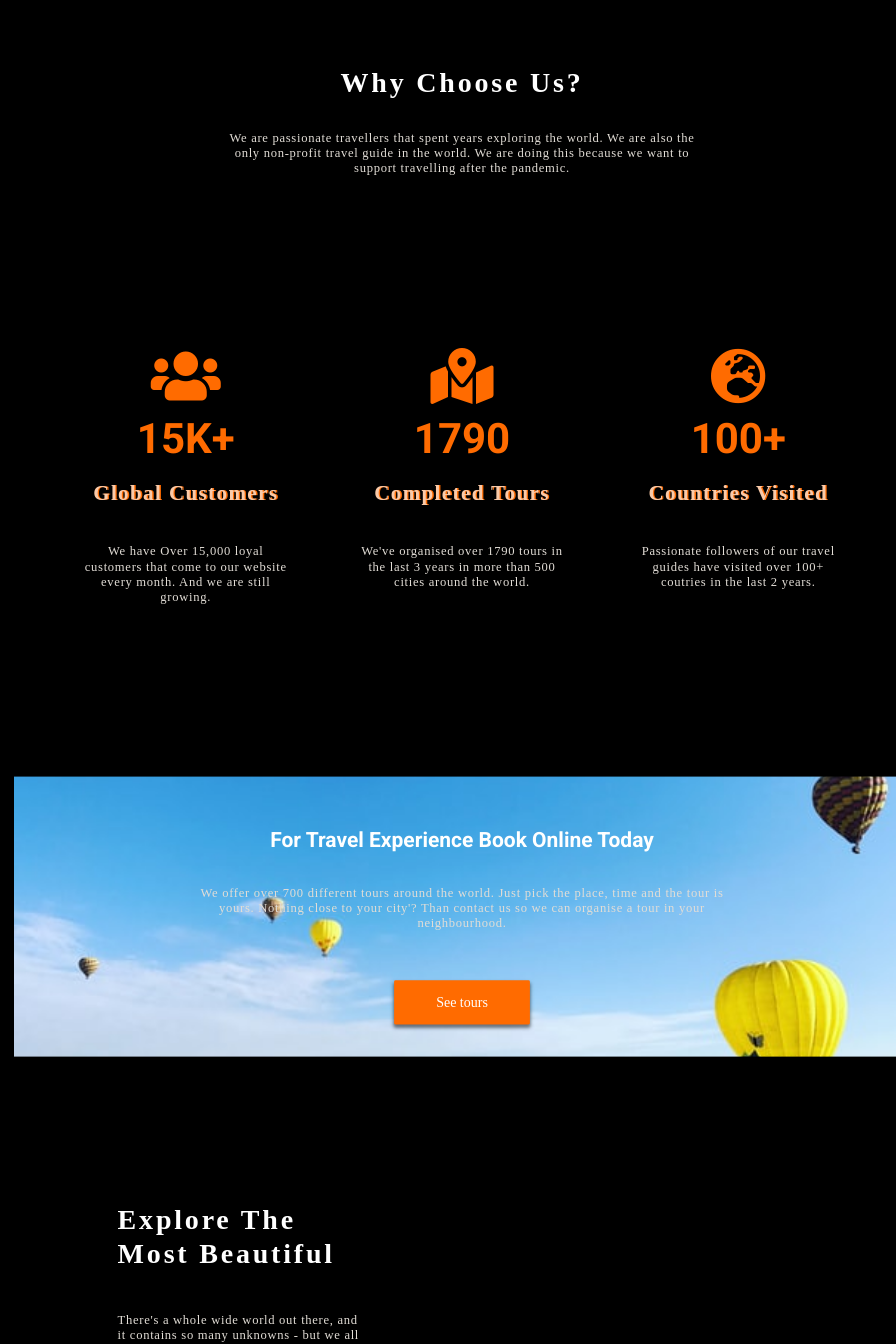
Repository: Hunga9k50doker/wildver-travel
Page: src/index.html
The author's editor kept a copy of each file at every save. The page is drawn from the files as they stood at one save, then again after a run of saves.
The browser window is 1280 px wide. The pictures show the part of the page from y = 4538 to 6458 px (the page is 6458 px tall), at 70% of full size.
An inner scrolling area shows only its first screen. Some web fonts or font styles are not loaded; a fallback is used. The style sheet was rebuilt from its Sass, Less or Tailwind sources for each picture, by a compiler version that may differ from the author's.

Above is the page before, as saved 2021-08-28 20:34:44.

### src/index.html
<!DOCTYPE html>
<html lang="en">
<head>
    <meta charset="UTF-8">
    <meta http-equiv="X-UA-Compatible" content="IE=edge">
    <meta name="viewport" content="width=device-width, initial-scale=1.0">
    <link href="https://fonts.googleapis.com/css2?family=Hina+Mincho&family=Roboto:wght@400;700&display=swap" rel="stylesheet">
    <link rel="stylesheet" href="public/css/normalize.min.css">
    <link rel="stylesheet" href="public/css/grid.css">
    <link rel="stylesheet" href="public/css/base.css">
    <link rel="stylesheet" href="public/css/header.css">
    <link rel="stylesheet" href="public/css/container.css">
    <link rel="stylesheet" href="public/vendor/fontawesome-free-5.15.3-web/css/all.min.css">
    <title>Document</title>
</head>
<body>
    <div class="app">
        <section class="header">
            <section class="header_nav">
                <h1 class="header_nav-home">WildVers</h1>
                <div class="header_nav-body">
                    <a href="/" class="header_nav-body-item">Equipment</a>
                    <a href="/" class="header_nav-body-item">About us</a>
                    <a href="/" class="header_nav-body-item">Blog</a>
                    <button class="header_nav-body-res">Sign Up</button>
                </div>
            </section>
            <section class="header_contain">
                <div class="header_contain-follow">
                    <p>Follow us</p>
                   <a href="/">
                       <i class="fab fa-instagram"></i>
                   </a>
                   <a href="/">
                       <i class="fab fa-twitter-square"></i>
                   </a>
                </div>
                <div class="header_contain-content">
                    <h3 class="header_contain-content-title">A travel guide</h3>
                    <h2>Prepare For The</h2>
                    <h2> Adventure!</h2>
                    <button class="btn">Let's Go</button>
                </div>
            </section>
        </section>
        <section class="container">
            <section class="grid wide">
                <ul class="container_list">

                    <li class="container_list-item">
                        <section class="row ">
                            <section  class="col l-7">
                                <div class="container_list-item-number">01</div>
                                <div class="container_list-item-content">
                                        <h3>Get started</h3>
                                        <h4 class="container_list-item-content-title" >What type of traveller are you?</h4>
                                        <p>Determining what type of traveller you are can be an important tool
                                            when planning future vacations. This guide will help you plan
                                            vacations according to different ratings set by various websites. What
                                            type of traveller are you - novice, moderate, advanced moderate,
                                            expert, or expert backpacker?
                                        </p>
                                        <a href="/">
                                            Read more
                                            <i class="fas fa-long-arrow-alt-right"></i>
                                        </a>
                                </div>
                            </section>
                            <section class="col l-5">
                                <div class="container_list-item-img">
                                    <picture >
                                        <source srcset="public/img/m3.jpg"
                                                media="(min-width: 800px)">
                                        <img src="public/img/m1.jpg" alt="" />
                                    </picture>
                                </div>
                            </section>
                        </section>
                    </li>

                    <li class="container_list-item">
                        <section class="row ">
                            <section class="col l-5">
                                <div class="container_list-item-img">
                                    <picture >
                                        <source srcset="public/img/m4.jpg"
                                                media="(min-width: 800px)">
                                        <img src="public/img/m1.jpg" alt="" />
                                    </picture>
                                </div>
                            </section>
                            <section  class="col l-7">
                                <div class="container_list-item-number">02</div>
                                <div class="container_list-item-content">
                                        <h3>WHERE YOU GO IS THE KEY</h3>
                                        <h4 class="container_list-item-content-title">Picking the right Destination!</h4>
                                        <p>You've made the decision you want to travel more this year. You've
                                            realised experiences are more important than possessions and you've
                                            put together a plan to start saving for your next big trip.
                                            But how are you going to decide where to actually go? Whichever
                                            situation you're in, we have a tips to help you choose your travel
                                            destinations.
                                        </p>
                                        <a href="/">
                                            Read more
                                            <i class="fas fa-long-arrow-alt-right"></i>
                                        </a>
                                </div>
                            </section>
                        </section>
                    </li>

                    <li class="container_list-item">
                        <section class="row ">
                            <section  class="col l-7">
                                <div class="container_list-item-number">03</div>
                                <div class="container_list-item-content">
                                        <h3>KNOW THE COUNTRY</h3>
                                        <h4 class="container_list-item-content-title">Understand the Locals and their Traditions</h4>
                                        <p>Before you head out, do your research on the different customs (the
                                            do's and don'ts) of the country you're traveling to. For instance, what
                                            percentage do they typically tip? Are there different laws? Are there
                                            common tourist scanms? Will there be any cultural events while you're
                                            there? There are a lot of things you might not even think of, but it's
                                            simple enough to research "do's and don'ts" infographics on different
                                            countries for that information.
                                        </p>
                                        <a href="/">
                                            Read more
                                            <i class="fas fa-long-arrow-alt-right"></i>
                                        </a>
                                </div>
                            </section>
                            <section class="col l-5">
                                <div class="container_list-item-img">
                                    <picture >
                                        <source srcset="public/img/m5.jpg"
                                                media="(min-width: 800px)">
                                        <img src="public/img/m1.jpg" alt="" />
                                    </picture>
                                </div>
                            </section>
                        </section>
                    </li>

                    <li class="container_list-item">
                        <section class="row ">
                            <section  class="col l-6">
                                    <div class="container_list-item-content">
                                        <h4 class="container_list-item-content-title">Let's Explore The World</h4>
                                        <button class="btn btn-primary">Explore</button>
                                    </div>
                                </section>
                                <section class="col l-6">
                                        <p class="container_list-item-text">There's a whole wide world out there, and it contains so many
                                            unknowns - but we all only get one life. At WildVers, we believe that we
                                            should travel the world while we have the chance.
                                            If you're just starting to think about why you should travel, or you're
                                            looking for travel inspiration, then we're here to help. Here are some of
                                            the best countries you should definitely visit.
                                        </p>
                                </section>
                        </section>
                    </li>

                    <li class="container_list-item">
                        <section class="row ">
                                <section class="container_list-item-img container_list-item-img-slider">

                                       <picture class="container_list-item-img-slider-single">
                                           <source srcset="public/img/canada.jpg"
                                           media="(min-width: 800px)">
                                           <img src="public/img/m1.jpg" alt="" />
                                        </picture>

                                       <picture class="container_list-item-img-slider-single">
                                           <source srcset="public/img/china.jpg"
                                           media="(min-width: 800px)">
                                           <img src="public/img/m1.jpg" alt="" />
                                        </picture>

                                       <picture class="container_list-item-img-slider-single active">
                                           <source srcset="public/img/greece.jpg"
                                           media="(min-width: 800px)">
                                           <img src="public/img/m1.jpg" alt="" />
                                        </picture>

                                       <picture class="container_list-item-img-slider-single">
                                           <source srcset="public/img/italy.jpg"
                                           media="(min-width: 800px)">
                                           <img src="public/img/m1.jpg" alt="" />
                                        </picture>

                                       <picture class="container_list-item-img-slider-single">
                                           <source srcset="public/img/hanquoc.jpg"
                                           media="(min-width: 800px)">
                                           <img src="public/img/m1.jpg" alt="" />
                                        </picture>

                                        <picture class="container_list-item-img-slider-single">
                                            <source srcset="public/img/norway.jpg"
                                            media="(min-width: 800px)">
                                            <img src="public/img/m1.jpg" alt="" />
                                         </picture>

                                        <picture class="container_list-item-img-slider-single">
                                            <source srcset="public/img/soufthafica.jpg"
                                            media="(min-width: 800px)">
                                            <img src="public/img/m1.jpg" alt="" />
                                         </picture>

                                        <picture class="container_list-item-img-slider-single">
                                            <source srcset="public/img/thailand.jpg"
                                            media="(min-width: 800px)">
                                            <img src="public/img/m1.jpg" alt="" />
                                         </picture>

                            </section>
                        </section>
                    </li>

                    <li class="container_list-item">
                        <section class="row">
                            <section class="col l-12">
                                <div class="container_list-item-content container_list-item-content-reason">
                                    <h4 style="margin:0;max-width: 100%;" class="container_list-item-content-title">
                                        Why Choose Us?
                                    </h4>
                                    <p>
                                        We are passionate travellers that spent years exploring the world. We are also the only
                                        non-profit travel guide in the world. We are doing this because we want to support travelling
                                        after the pandemic.
                                    </p>
                                </div>
                            </section>

                        </section>
                    </li>

                    <li class="container_list-item">
                        <div class="row">
                          <div class="col l-4">
                              <div class="container_list-item-achievements">
                                  <i class="fas fa-users"></i>
                                  <h3>15K+</h3>
                                  <h4>Global Customers</h4>
                                  <p>We have Over 15,000 loyal customers
                                        that come to our website every month.
                                        And we are still growing.
                                  </p>
                              </div>
                          </div>
                          <div class="col l-4">
                            <div class="container_list-item-achievements">
                                <i class="fas fa-map-marked-alt"></i>
                                <h3>1790</h3>
                                <h4>Completed Tours</h4>
                                <p>We've organised over 1790 tours in the
                                    last 3 years in more than 500 cities
                                    around the world.
                                </p>
                            </div>
                        </div>
                        <div class="col l-4">
                            <div class="container_list-item-achievements">
                                <i class="fas fa-globe-europe"></i>
                                <h3>100+</h3>
                                <h4>Countries Visited</h4>
                                <p>Passionate followers of our travel guides
                                    have visited over 100+ coutries in the
                                    last 2 years.
                                </p>
                            </div>
                        </div>

                        </div>
                    </li>
                    <li class="container_list-item">
                        <div class="row">
                            <div class="col l-12 m-12 c-12">
                                <div class="container_list-item-visit-tours">
                                    <h3>For Travel Experience Book Online Today
                                    </h3>
                                    <p>We offer over 700 different tours around the world. Just pick the place, time and
                                        the tour is yours. Nothing close to your city'? Than contact us so we can organise a
                                        tour in your neighbourhood.
                                    </p>
                                    <button class="btn btn-primary">See tours</button>
                                </div>
                            </div>
                        </div>
                    </li>
                    <li class="container_list-item">

                        <section class="row ">
                            <section  class="col l-6">
                                    <div class="container_list-item-content">
                                        <h4 class="container_list-item-content-title">Explore The Most Beautiful
                                        <p class="container_list-item-text">There's a whole wide world out there, and it contains so many
                                            unknowns - but we all only get one life. At WildVers, we believe that we
                                            should travel the world while we have the chance.
                                            If you're just starting to think about why you should travel, or you're
                                            looking for travel inspiration, then we're here to help. Here are some of
                                            the best countries you should definitely visit.
                                        </p>
                                        <button class="btn btn-primary">Explore</button>
                                    </div>
                                </section>
                                <section class="col l-6">

                                </section>
                        </section>
                    </li>
                </ul>
            </section>
        </section>
    </div>
</body>
</html>

### src/public/css/normalize.min.css
html{line-height:1.15;-webkit-text-size-adjust:100%}body{margin:0}main{display:block}h1{font-size:2em;margin:.67em 0}hr{box-sizing:content-box;height:0;overflow:visible}pre{font-family:monospace,monospace;font-size:1em}a{background-color:transparent}abbr[title]{border-bottom:none;text-decoration:underline;text-decoration:underline dotted}b,strong{font-weight:bolder}code,kbd,samp{font-family:monospace,monospace;font-size:1em}small{font-size:80%}sub,sup{font-size:75%;line-height:0;position:relative;vertical-align:baseline}sub{bottom:-.25em}sup{top:-.5em}img{border-style:none}button,input,optgroup,select,textarea{font-family:inherit;font-size:100%;line-height:1.15;margin:0}button,input{overflow:visible}button,select{text-transform:none}[type=button],[type=reset],[type=submit],button{-webkit-appearance:button}[type=button]::-moz-focus-inner,[type=reset]::-moz-focus-inner,[type=submit]::-moz-focus-inner,button::-moz-focus-inner{border-style:none;padding:0}[type=button]:-moz-focusring,[type=reset]:-moz-focusring,[type=submit]:-moz-focusring,button:-moz-focusring{outline:1px dotted ButtonText}fieldset{padding:.35em .75em .625em}legend{box-sizing:border-box;color:inherit;display:table;max-width:100%;padding:0;white-space:normal}progress{vertical-align:baseline}textarea{overflow:auto}[type=checkbox],[type=radio]{box-sizing:border-box;padding:0}[type=number]::-webkit-inner-spin-button,[type=number]::-webkit-outer-spin-button{height:auto}[type=search]{-webkit-appearance:textfield;outline-offset:-2px}[type=search]::-webkit-search-decoration{-webkit-appearance:none}::-webkit-file-upload-button{-webkit-appearance:button;font:inherit}details{display:block}summary{display:list-item}template{display:none}[hidden]{display:none}
/*# sourceMappingURL=normalize.min.css.map */

### src/resources/scss/base.scss
@import "variables";

*{
    font-size: 62.5%;
    box-sizing: inherit;
}
html{
    margin: 0;
    padding: 0;
    line-height: 1.6rem;
    box-sizing: border-box;
    font-family: 'Roboto', sans-serif;
}
h1,h2,h4,p{
    font-family: 'Hina Mincho', serif;
}

a{
    color: $white-color;
    text-decoration: none;
}

source,img{
    background-size: cover;
    width: 100%;
    height: 52rem;
}

.btn{
    padding:2rem 6rem;
    font-family: 'Besley', serif;
    font-weight: 500;
    font-size: 2rem;
    background: $orange-color;
    color:$white-color;
    border: none;
    border-radius: 2px;
    box-shadow: 0 4px 5px 1px rgba(0,0,0,0.5);
    cursor: pointer;
    transform:translateY(0) scale(1);
    transition: transform 0.3s;
    &:hover{
         box-shadow: 0 0  1px rgba(255,255,255,0.5);
         transform:translateY(4px) scale(0.9);
         transition: transform 0.3s;
    }
 }

 .btn-primary{
     margin-top: 5rem;
 }

### src/resources/scss/_variables.scss
$orange-color: #ff6b00;
$white-color: #fff;
$text-color: #e2ddd6;
$waxen-color: #f9caa9;
$black-color: #030101;

Loaded but not shown: src/public/vendor/fontawesome-free-5.15.3-web/css/all.min.css (library); src/public/css/grid.css (594 lines, source omitted); src/resources/scss/container.scss (232 lines, source omitted); src/resources/scss/header.scss (154 lines, source omitted)

After the next 3 saves:
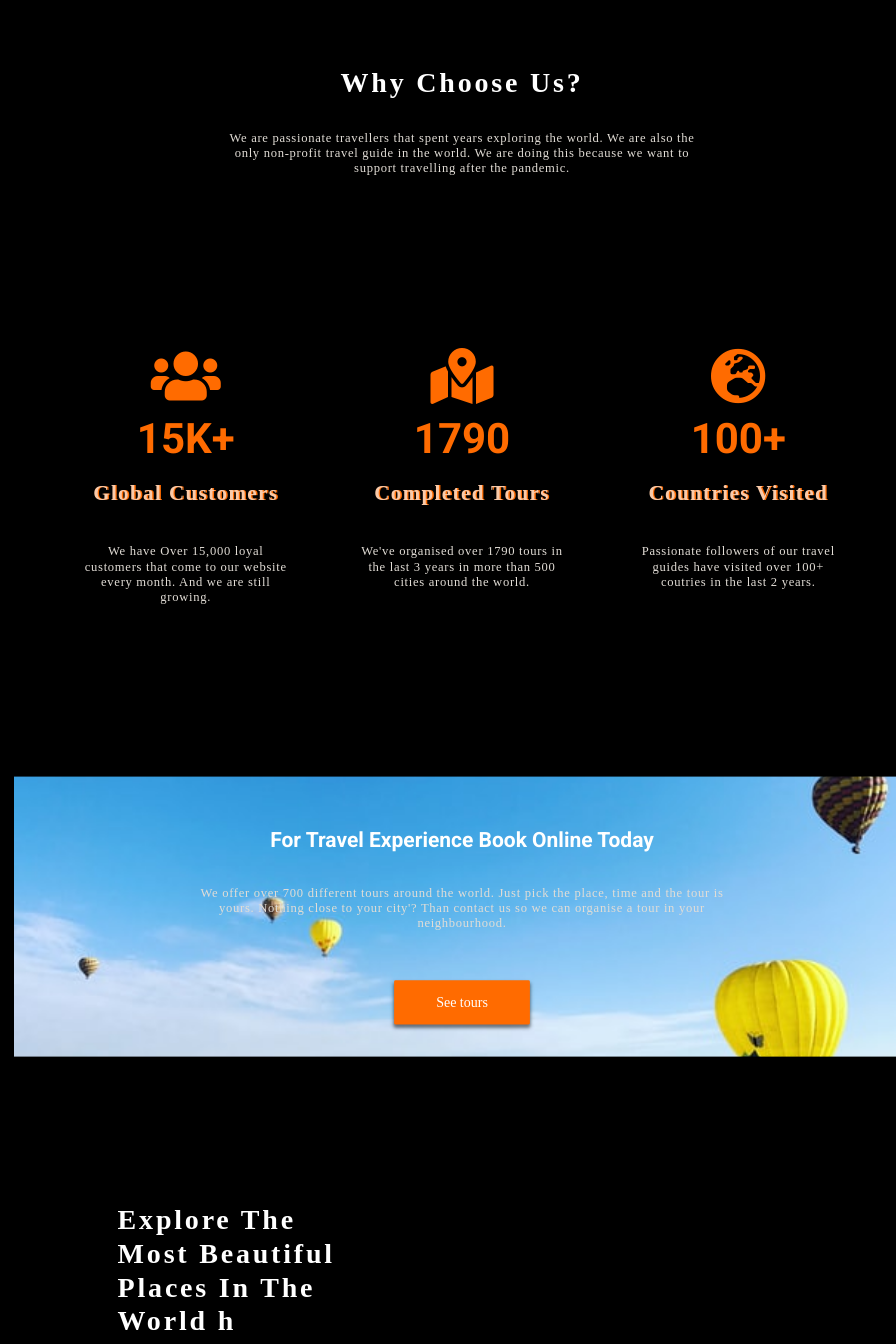
The 3 saves are shown as one change because they came seconds apart.
The last was saved 29 s later.
--- a/src/index.html
+++ b/src/index.html
@@ -295,7 +295,7 @@
                         <section class="row ">
                             <section  class="col l-6">
                                     <div class="container_list-item-content">
-                                        <h4 class="container_list-item-content-title">Explore The Most Beautiful
+                                        <h4 class="container_list-item-content-title">Explore The Most Beautiful Places In The World h
                                         <p class="container_list-item-text">There's a whole wide world out there, and it contains so many
                                             unknowns - but we all only get one life. At WildVers, we believe that we
                                             should travel the world while we have the chance.
